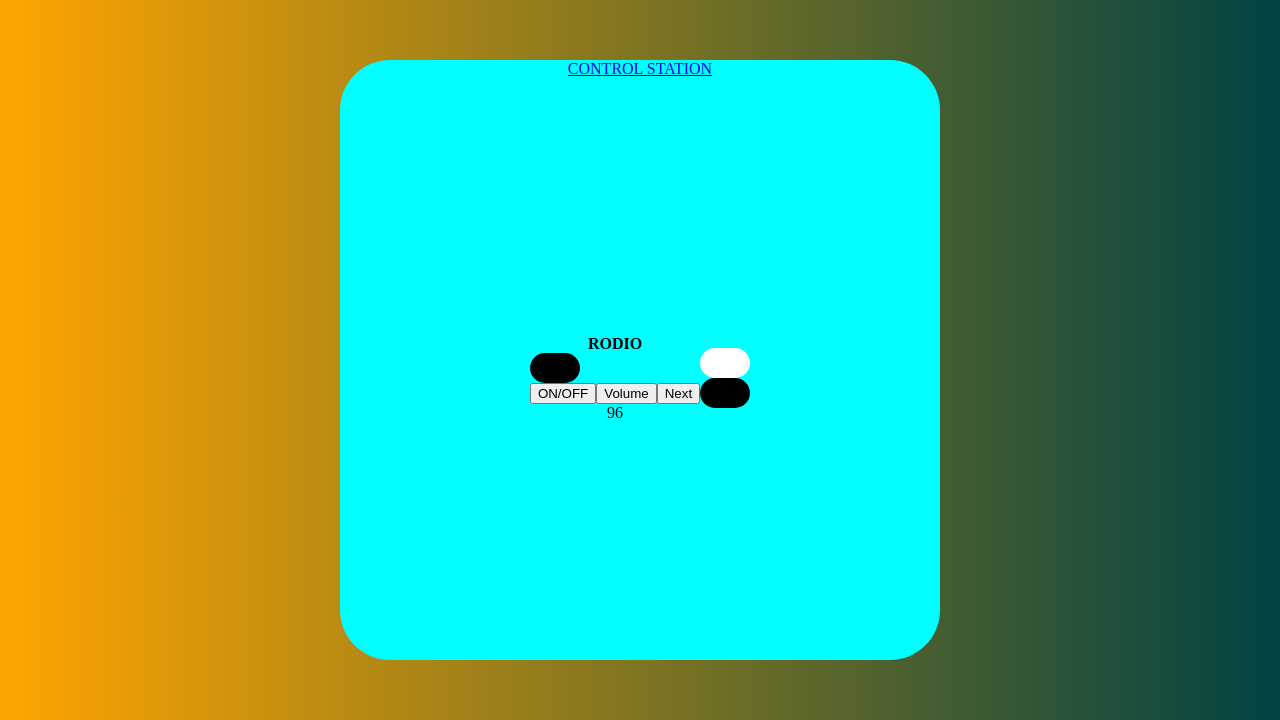
Repository: Alexandru-Morteanu/rodio
Page: /96
The author's editor kept a copy of each file at every save. The page is drawn from the files as they stood at one save, then again after a run of saves.
The browser window is 1280 px wide. The pictures show the whole page.
The project was rebuilt for these pictures with package versions that can differ from the ones it lists, and the page was loaded fresh each time. Also part of the build but not shown: src/pages/Login/firebase.js, src/pages/Login/AuthContext.js, src/pages/Login/PrivateRoute.js, src/pages/Administrator/Admin.js, src/pages/ControlStation/ControlStation.js.

Above is the page before, as saved 2023-01-30 11:41:50.

### public/index.html
<!DOCTYPE html>
<html lang="en">
  <head>
    <meta charset="utf-8" />
    <meta name="viewport" content="width=device-width, initial-scale=1" />
    <meta name="theme-color" content="#000000" />

    <title>RODIO</title>
  </head>
  <body>
    <div id="root"></div>
  </body>
</html>

### src/index.css
body {
  background: linear-gradient(to right, orange, rgb(0, 67, 67));
  margin: 0;
  height: 100vh;
  display: flex;
  justify-content: center;
  align-items: center;
}

### src/App.js
import React from 'react';
import './App.css';
import Homepage from "./pages/Homepage.js";
import { BrowserRouter as Router, Switch, Route, Link } from "react-router-dom";
import PrivateRoute from './pages/Login/PrivateRoute';
import Admin from './pages/Administrator/Admin';
import ControlStation from './pages/ControlStation/ControlStation';
function App() {
  const stations = [
    "/96",
    "/98",
    "/99",
    "/102"
  ]
  return (
    <div className="App">
      <div className='container'>
      <Router>
          <Link to='/control'> CONTROL STATION </Link>
          <Switch>
            {stations.map((path) => (
              <Route path={path} component={ Homepage } key={path} />
            ))}
            <Route path="/control" component={ ControlStation } />
            <PrivateRoute path="/admin" component={ Admin } />
          </Switch>
      </Router>
      </div>
    </div>
  );
}

export default App;

### src/App.css
.App{
  display: flex;
  justify-content: center;
  align-items: center;
}
.container{
  height: 600px;
  width: 600px;
  background-color: aqua;
  border-radius: 50px;
  text-align: center;
}

### src/pages/Homepage.js
import React from 'react'
import "./Homepage.css"
import { Link, useLocation } from "react-router-dom";
function Homepage() {
  const location = useLocation()
  const path = location.pathname.split('/');
  return (
    <div className='containerHome'>
        <div>
            <b>RODIO</b>
            <div className='vizualizer'></div>
            <button>ON/OFF</button>
            <button>Volume</button>
            <button>Next</button>
            <div>{path}</div>
        </div>
        <div>
            <div className='adds'></div>
            <div className='currentStation'></div>
        </div>
    </div>
  )
}

export default Homepage

### src/pages/Homepage.css
.containerHome{
    height: 100%;
    width: 100%;
    display: flex;
    justify-content: center;
    align-items: center;
}
.vizualizer{
    height: 30px;
    width: 50px;
    background-color: black;
    border-radius: 20px;
}
.adds{
    height: 30px;
    width: 50px;
    background-color: rgb(255, 255, 255);
    border-radius: 20px;
}
.currentStation{
    height: 30px;
    width: 50px;
    background-color: rgb(0, 0, 0);
    border-radius: 20px;
}

Loaded but not shown: src/index.js (common file)

After the next 4 saves:
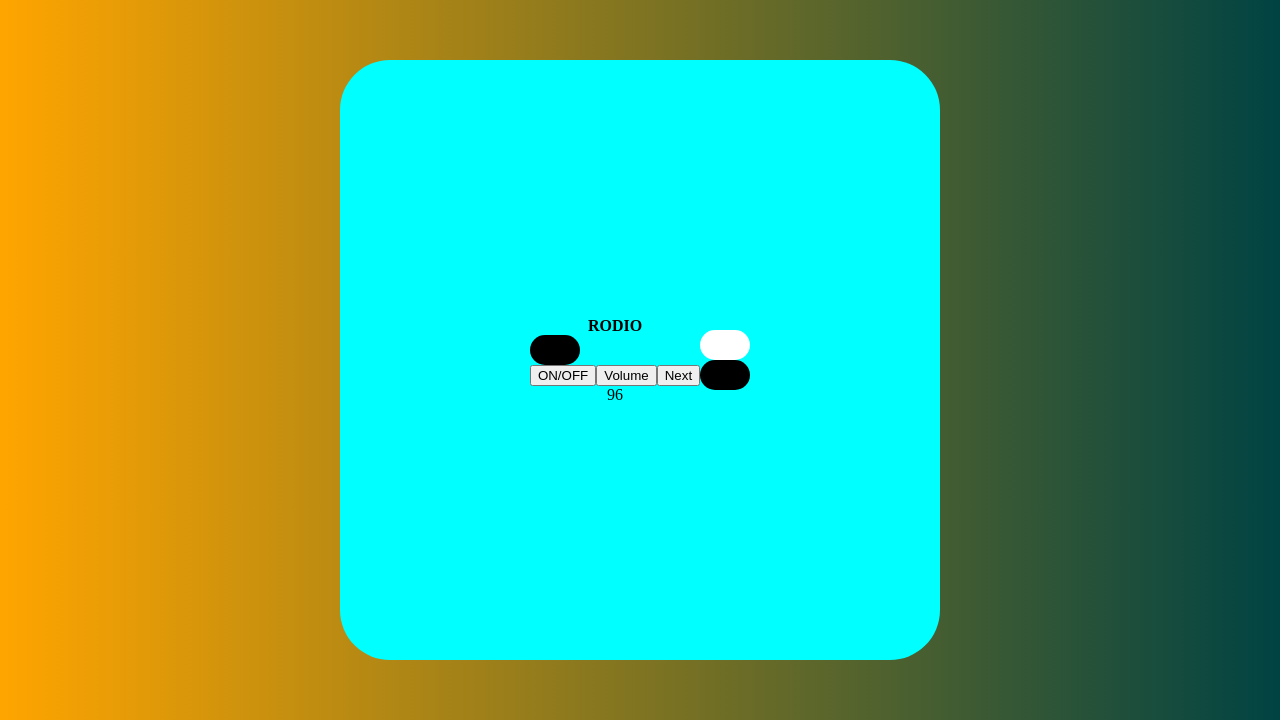
The 4 saves are shown as one change because 3 did not build or start.
The last was saved 5 min 24 s later.
--- a/src/App.js
+++ b/src/App.js
@@ -1,7 +1,7 @@
 import React from 'react';
 import './App.css';
 import Homepage from "./pages/Homepage.js";
-import { BrowserRouter as Router, Switch, Route, Link } from "react-router-dom";
+import { BrowserRouter as Router, Switch, Route } from "react-router-dom";
 import PrivateRoute from './pages/Login/PrivateRoute';
 import Admin from './pages/Administrator/Admin';
 import ControlStation from './pages/ControlStation/ControlStation';
@@ -16,7 +16,6 @@ function App() {
     <div className="App">
       <div className='container'>
       <Router>
-          <Link to='/control'> CONTROL STATION </Link>
           <Switch>
             {stations.map((path) => (
               <Route path={path} component={ Homepage } key={path} />
